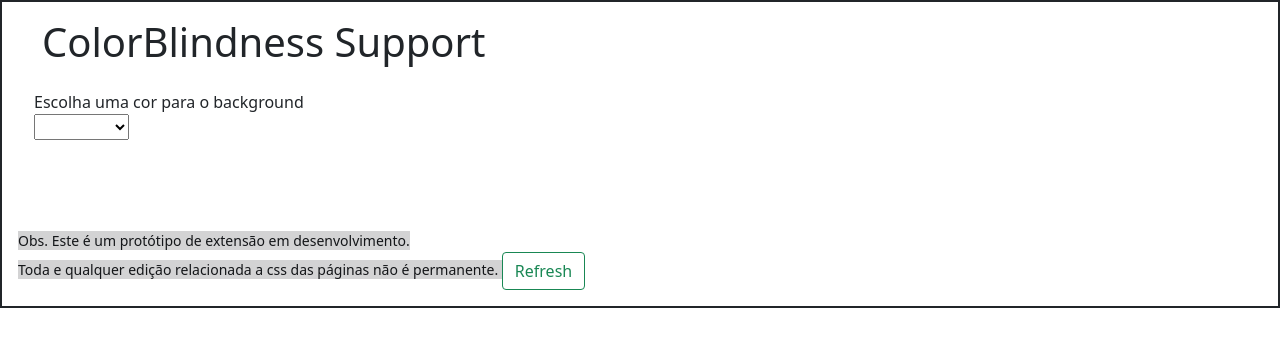
Repository: pedrosiqueira/daltonchrome
Page: popup.html
An editor plug-in stored every save of this project. The page is shown before and after the next save, followed by the edit.
The browser window is 1280 px wide. The pictures show the whole page.

Above is the page before, as saved 2022-06-17 13:21:45.

### popup.html
<!DOCTYPE html>
<html>

<head>
    <meta charset="utf-8" />
    <link href="css/vendor/bootstrap.min.css" rel="stylesheet" crossorigin="anonymous">
    <link rel="stylesheet" type="text/css" href="css/popup.css" />
</head>

<body class="p-3 flex border border-dark border-2 ">

    <div class="container flex row">

        <h1 class="form-title"> ColorBlindness Support </h1>
        <!--  <div class="form-check form-switch col">
            <input class="form-check-input" type="checkbox" id="flexSwitchCheckChecked">
            <label class="form-check-label" for="flexSwitchCheckChecked" id="MeuSwitch">Ativar extensão</label>
        </div>
        <button id="meubotao" type="button" class="btn row w-10 h-15 btn-dark">
            Clique-me
        </button> -->
    </div>

    <div class="p-3">
        <label for="cores">Escolha uma cor para o background</label>
        <br>
        <select name="cores" id="cores">
            <option value="#"> </option>
            <option value="red">Vermelho</option>
            <option value="green">Verde</option>
            <option value="blue">Azul</option>
        </select>
    </div>
    <br> <br><br>
    <alert id="alert" class="alert-dark form-text">Obs. Este é um protótipo de extensão em desenvolvimento.<br>
    Toda e qualquer edição relacionada a css das páginas não é permanente.
    </alert>
    <button id="refresh" class="btn btn-outline-success"type="button">
    Refresh
    </button>

    <script src="js/vendor/jquery-3.6.0.min.js"></script>
    <script src="js/vendor/bootstrap.bundle.min.js"></script>
    <script src="js/popup.js"></script>
</body>

</html>

### css/popup.css
body {
    min-width:600px;
    min-height:300px;
}

#table-wrapper {
    position:relative;
    white-space: nowrap;
}
#table-scroll {
    overflow:auto;
    margin-top:20px;
}
#table-wrapper table {
    width:100%;

}

#table-wrapper table thead th .text {
    position:absolute;
    top:-20px;
    z-index:2;
    height:20px;
    width:35%;
    border:1px solid red;
}

#table-wrapper table tbody td{
    border: 1px solid black;
}

### js/popup.js
start()

function start() {
    $("#meubotao").click(umafuncao)
}

function ativar(){
    $("#MeuSwitch")
}


async function umafuncao() {

    // obtém a aba atual
    [currentTab] = await chrome.tabs.query({ active: true, currentWindow: true });

    // envia mensagem para a aba atual
    chrome.tabs.sendMessage(currentTab.id, { nome: "Carol", curso: "TADS", orientador: "pedro" }, callback);


}

// funcao que recebe a resposta da mensagem que foi enviada para alguma aba
function callback(response) {
    console.log("ufa, a mensagem conseguiu chegar!")
    console.log(response)
}

Loaded but not shown: css/vendor/bootstrap.min.css (library); js/vendor/jquery-3.6.0.min.js (library); js/vendor/bootstrap.bundle.min.js (library)

After the next save:
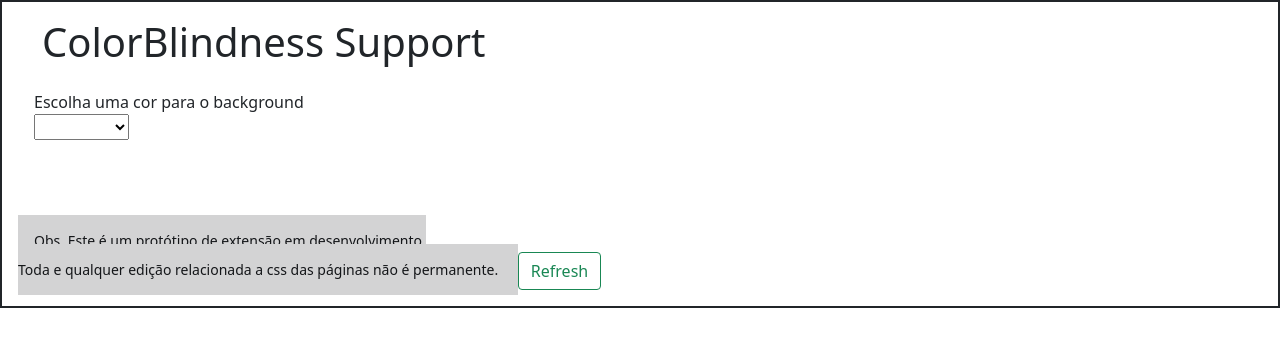
Saved 10 s later.
--- a/popup.html
+++ b/popup.html
@@ -32,7 +32,7 @@
         </select>
     </div>
     <br> <br><br>
-    <alert id="alert" class="alert-dark form-text">Obs. Este é um protótipo de extensão em desenvolvimento.<br>
+    <alert id="alert" class="alert-dark form-text p-3">Obs. Este é um protótipo de extensão em desenvolvimento.<br>
     Toda e qualquer edição relacionada a css das páginas não é permanente.
     </alert>
     <button id="refresh" class="btn btn-outline-success"type="button">
